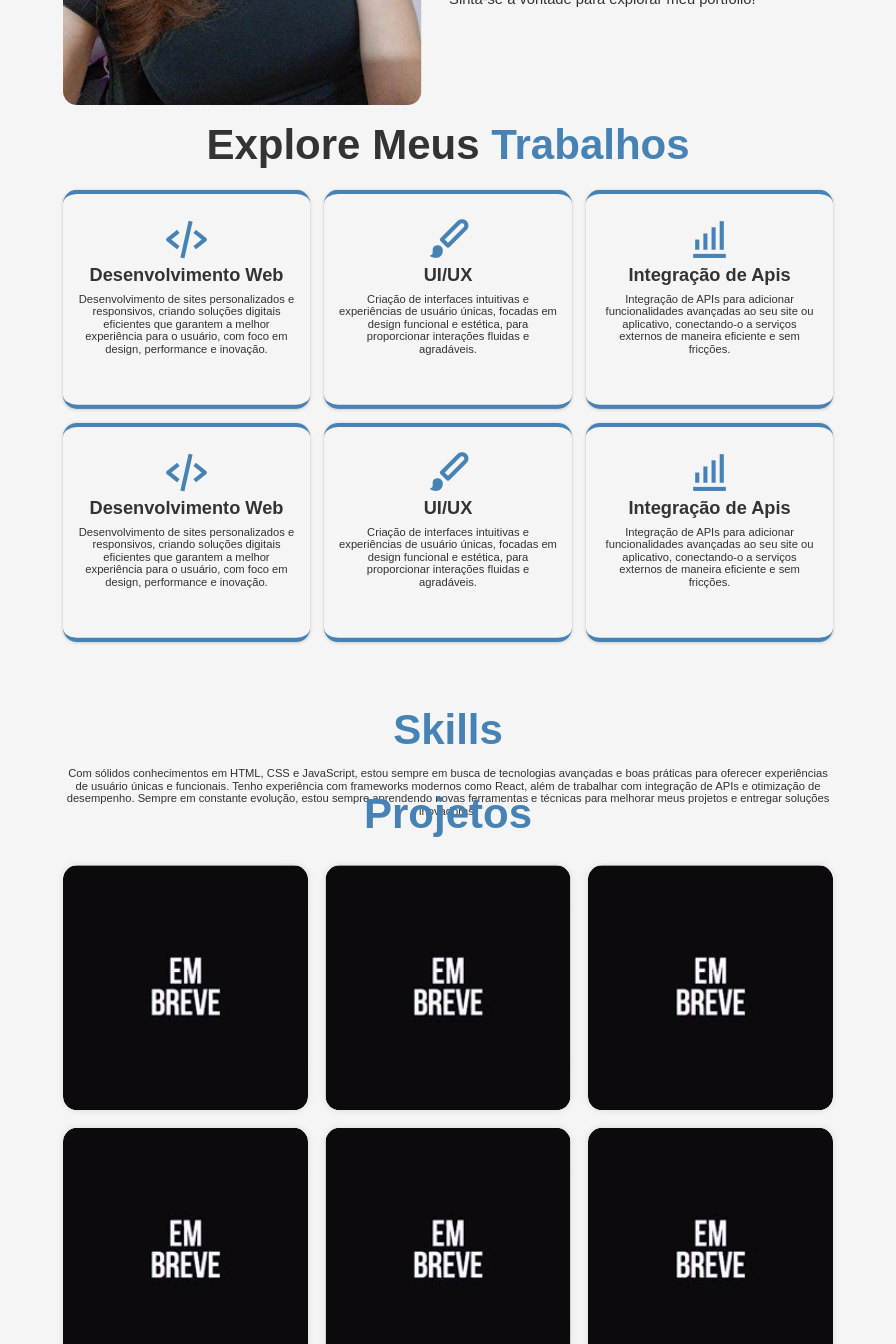
Repository: AliciaKathleen/portfolio-2025
Page: index.html
An editor plug-in stored every save of this project. The page is shown before and after the next save, followed by the edit.
The browser window is 1280 px wide. The pictures show the part of the page from y = 1353 to 3273 px (the page is 4213 px tall before and 4193 px after), at 70% of full size.

Above is the page before, as saved 2025-01-27 17:14:11.
Console error: TypeError: Cannot read properties of null (reading 'classList')

After the next save:
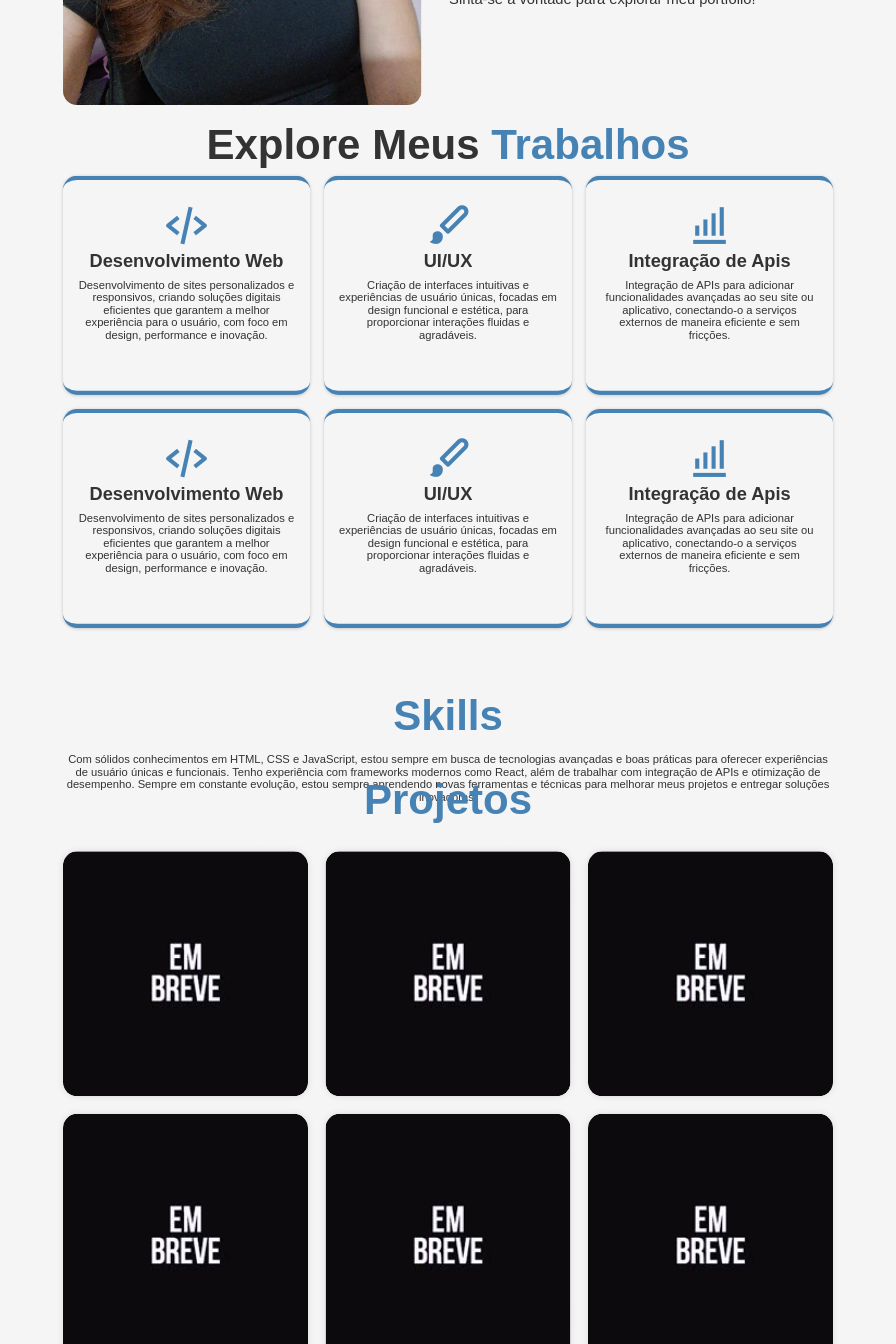
Saved 10 s later.
--- a/style.css
+++ b/style.css
@@ -301,7 +301,7 @@ span {
 }
 
 .services h2 {
-    margin-bottom: 3rem;
+    margin-bottom: 1rem;
 }
 
 .services .services-container {
